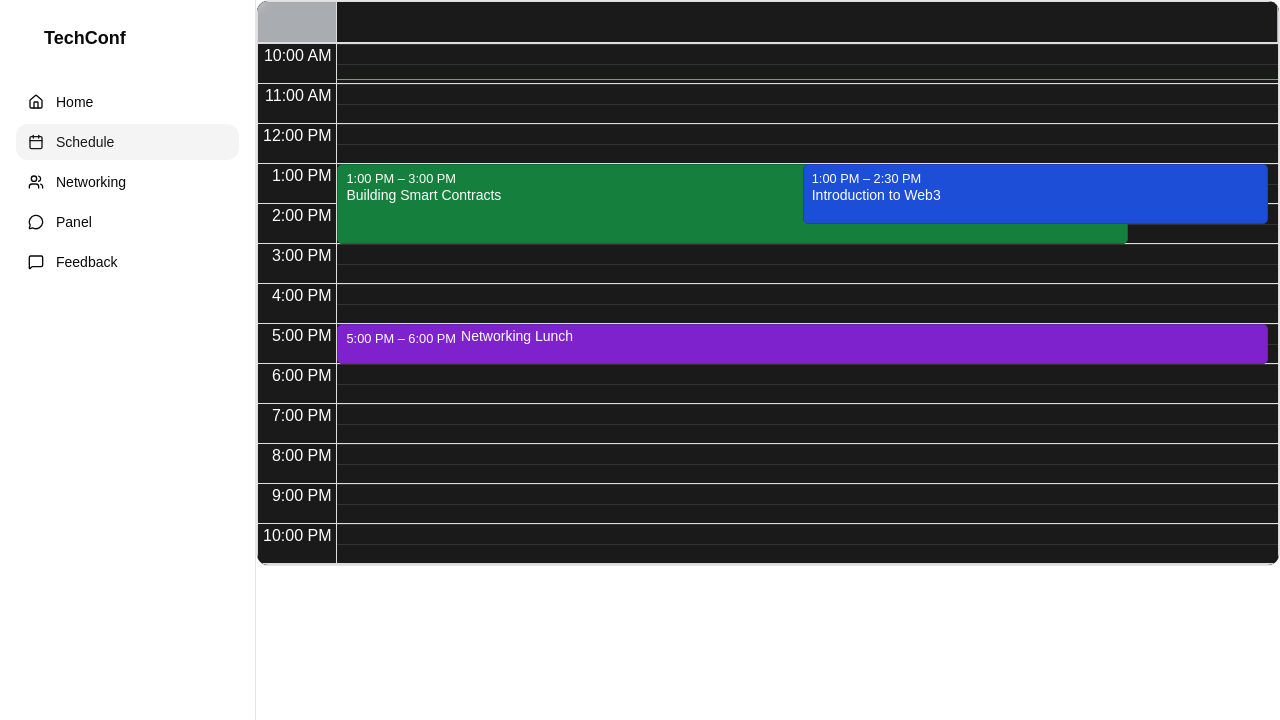
Repository: mrnavdal/symposium-2024
Page: /schedule (app in symposium24/)
The author's editor kept a copy of each file at every save. The page is drawn from the files as they stood at one save, then again after the next save.
The browser window is 1280 px wide. The pictures show the whole page.
The project was rebuilt for these pictures with package versions that can differ from the ones it lists, and the page was loaded fresh each time. The framework's server and built-in components were replaced by stand-ins that run in the browser. Also part of the build but not shown: symposium24/next.config.ts.

Above is the page before, as saved 2024-11-08 13:48:44.

### symposium24/src/app/layout.tsx
import type { Metadata } from "next";
import localFont from "next/font/local";
import { ThemeProvider } from "@/components/ThemeProvider";
import { Navigation } from "@/components/Navigation";
import "./globals.css";
import '@/styles/calendar.css'

const geistSans = localFont({
  src: "./fonts/GeistVF.woff",
  variable: "--font-geist-sans",
  weight: "100 900",
});
const geistMono = localFont({
  src: "./fonts/GeistMonoVF.woff",
  variable: "--font-geist-mono",
  weight: "100 900",
});

export const metadata: Metadata = {
  title: "TechConf 2024",
  description: "Conference schedule and information",
};

export default function RootLayout({
  children,
}: Readonly<{
  children: React.ReactNode;
}>) {
  return (
    <html lang="en" suppressHydrationWarning>
      <body
        className={`${geistSans.variable} ${geistMono.variable} antialiased min-h-screen`}
      >
        <ThemeProvider
          attribute="class"
          defaultTheme="system"
          enableSystem
          disableTransitionOnChange
        >
          <Navigation />
          <main className="pb-16 md:pb-0 md:pl-64">
            {children}
          </main>
        </ThemeProvider>
      </body>
    </html>
  );
}

### symposium24/src/app/schedule/page.tsx
import { Calendar } from '@/components/Calendar'
import { PageTransition } from '@/components/PageTransition'
import { events } from '@/data/events'

export default function SchedulePage() {
  return (
    <PageTransition>

        <div className="h-full rounded-lg overflow-hidden border bg-card/50">
          <Calendar events={events} />
        </div>

    </PageTransition>
  )
}

### symposium24/src/components/ThemeProvider.tsx
'use client'

import * as React from 'react'
import { ThemeProvider as NextThemesProvider } from 'next-themes'

interface ThemeProviderProps {
  children: React.ReactNode
  attribute?: string
  defaultTheme?: string
  enableSystem?: boolean
  disableTransitionOnChange?: boolean
}

export function ThemeProvider({
  children,
  attribute,
  defaultTheme,
  enableSystem,
  disableTransitionOnChange,
}: ThemeProviderProps) {
  return (
    <NextThemesProvider
      attribute={attribute as 'class' | 'data-theme'}
      defaultTheme={defaultTheme}
      enableSystem={enableSystem}
      disableTransitionOnChange={disableTransitionOnChange}
    >
      {children}
    </NextThemesProvider>
  )
}

### symposium24/src/components/Navigation.tsx
'use client'

import { usePathname } from 'next/navigation'
import Link from 'next/link'
import { cn } from '@/lib/utils'
import {
  Home,
  Calendar,
  Users,
  MessageCircle,
  MessageSquare,
  LucideIcon
} from 'lucide-react'

interface NavItem {
  href: string
  label: string
  icon: LucideIcon
}

const navItems: NavItem[] = [
  { href: '/', label: 'Home', icon: Home },
  { href: '/schedule', label: 'Schedule', icon: Calendar },
  { href: '/networking', label: 'Networking', icon: Users },
  { href: '/discussion', label: 'Panel', icon: MessageCircle },
  { href: '/feedback', label: 'Feedback', icon: MessageSquare },
]

export function Navigation() {
  const pathname = usePathname()

  return (
    <>
      {/* Desktop Side Navigation */}
      <nav className="hidden md:flex fixed left-0 top-0 h-screen w-64 border-r bg-background p-4">
        <div className="space-y-4 w-full">
          <div className="px-3 py-2">
            <h2 className="mb-2 px-4 text-lg font-semibold">TechConf</h2>
          </div>
          <div className="space-y-1">
            {navItems.map((item) => (
              <Link
                key={item.href}
                href={item.href}
                className={cn(
                  'flex items-center gap-3 rounded-lg px-3 py-2 text-sm transition-colors',
                  pathname === item.href
                    ? 'bg-secondary text-secondary-foreground'
                    : 'hover:bg-secondary/80'
                )}
              >
                <item.icon className="h-4 w-4" />
                {item.label}
              </Link>
            ))}
          </div>
        </div>
      </nav>

      {/* Mobile Bottom Navigation */}
      <nav className="md:hidden fixed bottom-0 left-0 right-0 border-t bg-background z-50">
        <div className="flex items-center justify-around">
          {navItems.map((item) => (
            <Link
              key={item.href}
              href={item.href}
              className={cn(
                'flex flex-col items-center gap-1 p-3 text-xs',
                pathname === item.href
                  ? 'text-primary'
                  : 'text-muted-foreground'
              )}
            >
              <item.icon className="h-5 w-5" />
              <span>{item.label}</span>
            </Link>
          ))}
        </div>
      </nav>

      {/* Content Padding for Mobile Bottom Nav */}
      <div className="pb-16 md:pb-0 md:pl-64">
        {/* This div wraps the main content to provide padding */}
      </div>
    </>
  )
}

### symposium24/src/app/globals.css
@tailwind base;
@tailwind components;
@tailwind utilities;

body {
  font-family: Arial, Helvetica, sans-serif;
}

@layer base {
  :root {
    --background: 0 0% 100%;
    --foreground: 240 10% 3.9%;
    --card: 0 0% 100%;
    --card-foreground: 240 10% 3.9%;
    --popover: 0 0% 100%;
    --popover-foreground: 240 10% 3.9%;
    --primary: 240 5.9% 10%;
    --primary-foreground: 0 0% 98%;
    --secondary: 240 4.8% 95.9%;
    --secondary-foreground: 240 5.9% 10%;
    --muted: 240 4.8% 95.9%;
    --muted-foreground: 240 3.8% 46.1%;
    --accent: 240 4.8% 95.9%;
    --accent-foreground: 240 5.9% 10%;
    --destructive: 0 84.2% 60.2%;
    --destructive-foreground: 0 0% 98%;
    --border: 240 5.9% 90%;
    --input: 240 5.9% 90%;
    --ring: 240 5.9% 10%;
    --chart-1: 12 76% 61%;
    --chart-2: 173 58% 39%;
    --chart-3: 197 37% 24%;
    --chart-4: 43 74% 66%;
    --chart-5: 27 87% 67%;
    --radius: 0.75rem;
  }
  .dark {
    --background: 240 10% 3.9%;
    --foreground: 0 0% 98%;
    --card: 240 10% 3.9%;
    --card-foreground: 0 0% 98%;
    --popover: 240 10% 3.9%;
    --popover-foreground: 0 0% 98%;
    --primary: 0 0% 98%;
    --primary-foreground: 240 5.9% 10%;
    --secondary: 240 3.7% 15.9%;
    --secondary-foreground: 0 0% 98%;
    --muted: 240 3.7% 15.9%;
    --muted-foreground: 240 5% 64.9%;
    --accent: 240 3.7% 15.9%;
    --accent-foreground: 0 0% 98%;
    --destructive: 0 62.8% 30.6%;
    --destructive-foreground: 0 0% 98%;
    --border: 240 3.7% 15.9%;
    --input: 240 3.7% 15.9%;
    --ring: 240 4.9% 83.9%;
    --chart-1: 220 70% 50%;
    --chart-2: 160 60% 45%;
    --chart-3: 30 80% 55%;
    --chart-4: 280 65% 60%;
    --chart-5: 340 75% 55%;
  }
}

@layer base {
  * {
    @apply border-border;
  }
  body {
    @apply bg-background text-foreground;
  }
}

### symposium24/src/styles/calendar.css
/* Dark mode styles */
.rbc-calendar-dark {
  @apply text-white;
}

.rbc-calendar-dark .rbc-header {
  @apply bg-muted/50 border-border text-muted-foreground font-medium;
}

.rbc-calendar-dark .rbc-time-view {
  @apply border-border bg-card/50 backdrop-blur-sm;
}

.rbc-calendar-dark .rbc-time-header {
  @apply bg-muted/50 border-border;
}

.rbc-calendar-dark .rbc-time-content {
  @apply border-border;
}

.rbc-calendar-dark .rbc-time-slot {
  @apply text-muted-foreground;
}

.rbc-calendar-dark .rbc-today {
  @apply bg-muted/50;
}

.rbc-calendar-dark .rbc-current-time-indicator {
  @apply bg-primary;
}

/* General styles */
.rbc-header {
  @apply py-3 font-medium text-muted-foreground border-border bg-muted/30;
}

.rbc-time-view {
  @apply border-border bg-card/50 backdrop-blur-sm;
}

.rbc-time-header {
  @apply border-border bg-muted/30;
}

.rbc-time-content {
  @apply border-border;
}

.rbc-event {
  @apply rounded-md border shadow-sm;
}

.rbc-event-content {
  @apply text-sm font-medium;
}

.rbc-today {
  @apply bg-muted/30;
}

.rbc-current-time-indicator {
  @apply bg-primary;
}

.rbc-toolbar {
  @apply mb-4;
}

.rbc-toolbar button {
  @apply rounded-md border-border bg-card hover:bg-muted/50 transition-colors;
}

.rbc-toolbar button.rbc-active {
  @apply bg-primary text-primary-foreground hover:bg-primary/90;
}

.rbc-time-slot {
  @apply text-muted-foreground;
}

### symposium24/src/components/Calendar.tsx
'use client'

import { Calendar as BigCalendar, momentLocalizer, View } from 'react-big-calendar'
import moment from 'moment'
import { CalendarEvent } from '@/types/event'
import { cn } from '@/lib/utils'
import { useTheme } from 'next-themes'
import { useMemo } from 'react'

import 'react-big-calendar/lib/css/react-big-calendar.css'

const localizer = momentLocalizer(moment)

const eventStyleGetter = (event: CalendarEvent) => {
  const isPast = moment(event.end).isBefore(moment())
  const isOngoing = moment().isBetween(event.start, event.end)

  const colors = {
    workshop: { bg: '#15803d', border: '#166534' },  // green-700, green-800
    lecture: { bg: '#1d4ed8', border: '#1e40af' },   // blue-700, blue-800
    networking: { bg: '#7e22ce', border: '#6b21a8' }, // purple-700, purple-800
  }[event.type] || { bg: '#3b82f6', border: '#2563eb' }  // blue-500, blue-600

  return {
    className: cn(
      'rounded-md border backdrop-blur-sm transition-colors',
      isPast && 'opacity-50 hover:opacity-70',
      isOngoing && 'ring-2 ring-yellow-400/50 shadow-lg'
    ),
    style: {
      backgroundColor: colors.bg,
      borderColor: colors.border,
      padding: '4px 8px',
    }
  }
}

interface CalendarProps {
  events: CalendarEvent[]
}
export function Calendar({ events }: CalendarProps) {
  const { theme } = useTheme()

  console.log('Calendar events:', events)

  const calendarProps = useMemo(() => ({
    className: cn(
      'h-[700px] md:h-[800px] bg-gray-900',
      theme === 'dark' && 'rbc-calendar-dark',
    ),
    min: new Date(2024, 10, 8, 10, 0),
    max: new Date(2024, 10, 8, 23, 0),
    localizer,
    events,
    defaultView: 'day' as View,
    views: ['day'] as View[],
    step: 30,
    timeslots: 2,
    eventPropGetter: eventStyleGetter,
    tooltipAccessor: (event: CalendarEvent) =>
      `${event.title}\nLocation: ${event.location}\nSpeaker: ${event.speaker}`,
    dayPropGetter: () => ({
      style: {
        backgroundColor: theme === 'dark' ? '#121212' : '#1a1a1a',
        color: theme === 'dark' ? '#e5e5e5' : '#fff'
      }
    }),
    slotPropGetter: () => ({
      style: {
        backgroundColor: theme === 'dark' ? '#121212' : '#1a1a1a',
        borderColor: theme === 'dark' ? '#2a2a2a' : '#333',
        color: theme === 'dark' ? '#e5e5e5' : '#fff'
      }
    }),
    toolbar: false
  }), [events, theme])

  return <BigCalendar {...calendarProps} />
}

### symposium24/src/components/PageTransition.tsx
'use client'

import { motion } from 'framer-motion'
import { fadeIn } from '@/lib/animations'

interface PageTransitionProps {
  children: React.ReactNode
  className?: string
}

export function PageTransition({ children, className }: PageTransitionProps) {
  return (
    <motion.div
      variants={fadeIn}
      initial="initial"
      animate="animate"
      exit="exit"
      className={className}
    >
      {children}
    </motion.div>
  )
}

### symposium24/src/data/events.ts
import { CalendarEvent } from '@/types/event'

export const events: CalendarEvent[] = [
  {
    id: '1',
    title: 'Introduction to Web3',
    type: 'lecture',
    start: new Date(2024, 10, 8, 13, 0),
    end: new Date(2024, 10, 8, 14, 30),
    speaker: 'Jane Smith',
    location: 'Main Hall',
    description: 'An overview of Web3 technologies and their impact on the future of the internet.'
  },
  {
    id: '2',
    title: 'Building Smart Contracts',
    type: 'workshop',
    start: new Date(2024, 10, 8, 13, 0),
    end: new Date(2024, 10, 8, 15, 0),
    speaker: 'John Doe',
    location: 'Workshop Room A',
    description: 'Hands-on workshop on creating and deploying smart contracts.'
  },
  {
    id: '3',
    title: 'Networking Lunch',
    type: 'networking',
    start: new Date(2024, 10, 8, 17, 0),
    end: new Date(2024, 10, 8, 18, 0),
    speaker: '',
    location: 'Dining Hall',
    description: 'Network with fellow attendees over lunch.'
  }
]

### symposium24/src/lib/animations.ts
export const fadeIn = {
  initial: { opacity: 0, y: 20 },
  animate: { opacity: 1, y: 0 },
  exit: { opacity: 0, y: 20 }
}

export const staggerContainer = {
  animate: {
    transition: {
      staggerChildren: 0.1
    }
  }
}

export const slideIn = {
  initial: { x: -20, opacity: 0 },
  animate: { x: 0, opacity: 1 },
  exit: { x: 20, opacity: 0 }
}

export const scaleIn = {
  initial: { scale: 0.9, opacity: 0 },
  animate: { scale: 1, opacity: 1 },
  exit: { scale: 0.9, opacity: 0 }
}

### symposium24/tailwind.config.ts
import type { Config } from "tailwindcss";

export default {
    darkMode: ["class"],
    content: [
    "./src/pages/**/*.{js,ts,jsx,tsx,mdx}",
    "./src/components/**/*.{js,ts,jsx,tsx,mdx}",
    "./src/app/**/*.{js,ts,jsx,tsx,mdx}",
  ],
  theme: {
  	extend: {
  		colors: {
  			background: 'hsl(var(--background))',
  			foreground: 'hsl(var(--foreground))',
  			card: {
  				DEFAULT: 'hsl(var(--card))',
  				foreground: 'hsl(var(--card-foreground))'
  			},
  			popover: {
  				DEFAULT: 'hsl(var(--popover))',
  				foreground: 'hsl(var(--popover-foreground))'
  			},
  			primary: {
  				DEFAULT: 'hsl(var(--primary))',
  				foreground: 'hsl(var(--primary-foreground))'
  			},
  			secondary: {
  				DEFAULT: 'hsl(var(--secondary))',
  				foreground: 'hsl(var(--secondary-foreground))'
  			},
  			muted: {
  				DEFAULT: 'hsl(var(--muted))',
  				foreground: 'hsl(var(--muted-foreground))'
  			},
  			accent: {
  				DEFAULT: 'hsl(var(--accent))',
  				foreground: 'hsl(var(--accent-foreground))'
  			},
  			destructive: {
  				DEFAULT: 'hsl(var(--destructive))',
  				foreground: 'hsl(var(--destructive-foreground))'
  			},
  			border: 'hsl(var(--border))',
  			input: 'hsl(var(--input))',
  			ring: 'hsl(var(--ring))',
  			chart: {
  				'1': 'hsl(var(--chart-1))',
  				'2': 'hsl(var(--chart-2))',
  				'3': 'hsl(var(--chart-3))',
  				'4': 'hsl(var(--chart-4))',
  				'5': 'hsl(var(--chart-5))'
  			}
  		},
  		borderRadius: {
  			lg: 'var(--radius)',
  			md: 'calc(var(--radius) - 2px)',
  			sm: 'calc(var(--radius) - 4px)'
  		}
  	}
  },
  plugins: [
    require("tailwindcss-animate"),
    require('@tailwindcss/typography'),
  ],
} satisfies Config;

Loaded but not shown: symposium24/src/lib/utils.ts (common file)

After the next save:
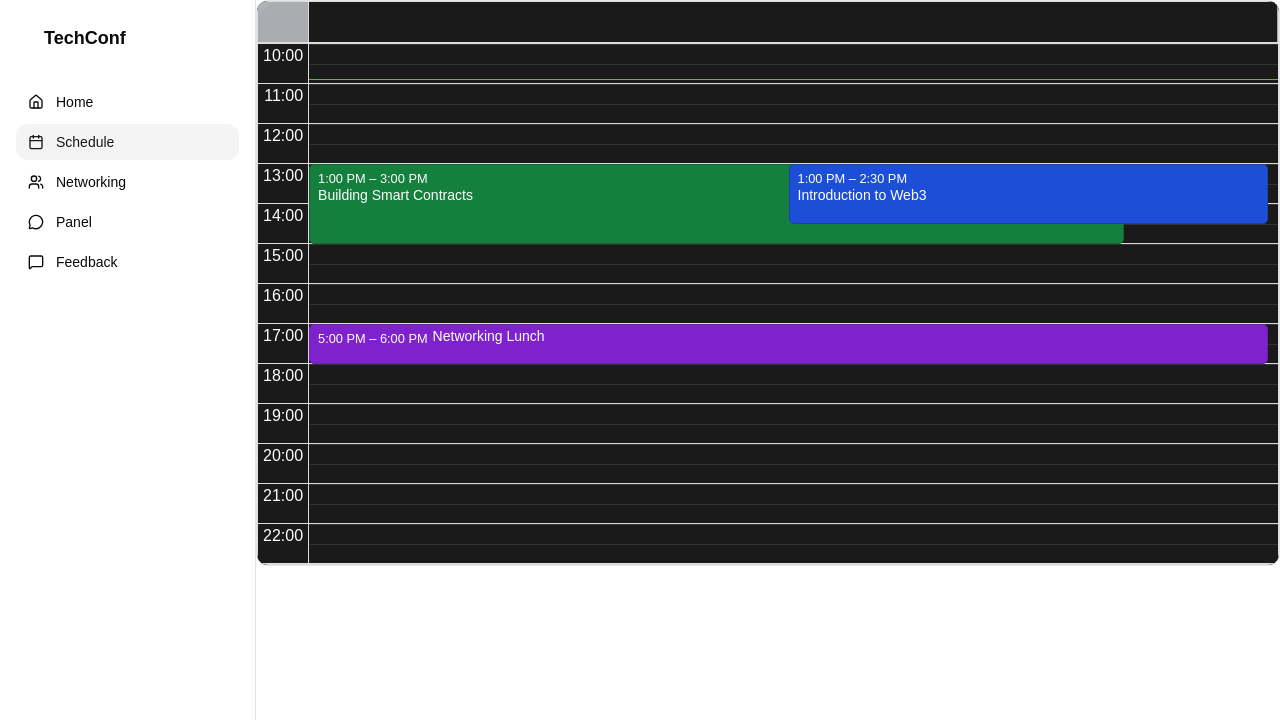
Saved 12 s later.
--- a/symposium24/src/components/Calendar.tsx
+++ b/symposium24/src/components/Calendar.tsx
@@ -50,6 +50,9 @@ export function Calendar({ events }: CalendarProps) {
     ),
     min: new Date(2024, 10, 8, 10, 0),
     max: new Date(2024, 10, 8, 23, 0),
+    formats: {
+      timeGutterFormat: (date: Date) => moment(date).format('HH:mm'),
+    },
     localizer,
     events,
     defaultView: 'day' as View,
